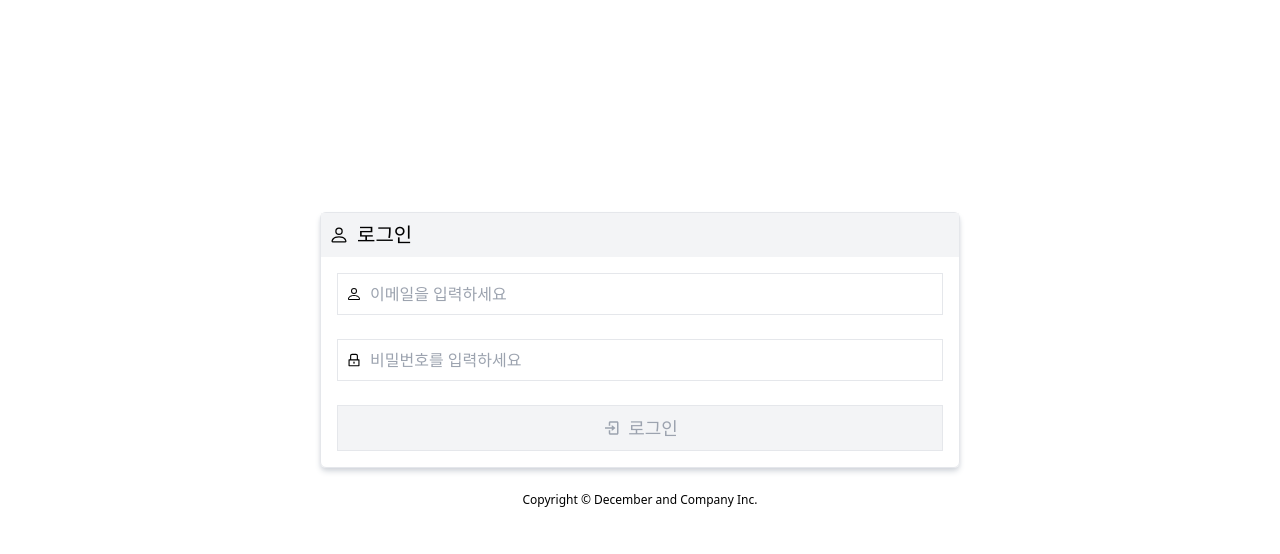
Repository: wanted-pre-onboarding-4/pre-onboarding-assignment-week-4-1-team-4
Page: /login (app in client/)
The author's editor kept a copy of each file at every save. The page is drawn from the files as they stood at one save, then again after the next save.
The browser window is 1280 px wide. The pictures show the whole page.
The project was rebuilt for these pictures with package versions that can differ from the ones it lists, and the page was loaded fresh each time. Also part of the build but not shown: client/src/components/Footer.jsx, client/src/components/Header.jsx, client/src/components/Sider.jsx, client/src/components/Layout.jsx.

Above is the page before, as saved 2022-09-20 21:22:59.

### client/src/index.js
import React from 'react';
import ReactDOM from 'react-dom/client';
import App from './App';
import "./index.css"
const root = ReactDOM.createRoot(document.getElementById('root'));
root.render(
  <React.StrictMode>
    <App />
  </React.StrictMode>
);

### client/src/App.js
import { BrowserRouter as Router, Routes, Route } from 'react-router-dom';
import Layout from './components/Layout';
import Login from './pages/login/Login';

function App() {
  return (
    <Router>
      <Routes>
        <Route path="/login" element={<Login/>} />
        <Route element={<Layout />}>
          <Route path="/" element={<div>홈</div>} />
          <Route path="/users" element={<div>유저 목록 페이지</div>} />
          <Route path="/users/:user_id" element={<div>유저 상세 페이지</div>} />
          <Route path="/accounts" element={<div>계좌 목록 페이지</div>} />
          <Route path="/accounts/:account_id" element={<div>계좌 상세 페이지</div>} />
          <Route path="*" element={<div>404페이지</div>} />
        </Route>
      </Routes>
    </Router>
  );
}

export default App;

### client/src/index.css
#root{
  display: flex;
  height:100vh;
}

@tailwind base;
@tailwind components;
@tailwind utilities;

### client/src/pages/login/Login.jsx
import React from 'react';
import { BsPerson } from 'react-icons/bs';
import { AiOutlineLock } from 'react-icons/ai';
import { BiLogIn } from 'react-icons/bi';

const Login = () => {
  return (
    <div className='flex flex-col justify-center items-center w-full gap-y-6'>
      <div className='border-solid border-[1px] rounded-md shadow-md shadow-gray-300 w-1/2'>
        <div className="flex items-center justify-start space-x-2 p-2 font-medium text-xl bg-gray-100">
          <BsPerson />
          <h1>로그인</h1>
        </div>
        <form className='flex flex-col gap-y-6 p-4'>
          <label className="flex items-center space-x-2 border-solid border-[1px] p-2">
            <BsPerson />
            <input type="email" placeholder="이메일을 입력하세요" className='outline-none' />
          </label>
          <label className="flex items-center space-x-2 border-solid border-[1px] p-2">
            <AiOutlineLock />
            <input type="password" placeholder="비밀번호를 입력하세요" className='outline-none' />
          </label>
          <button
            className="flex items-center justify-center space-x-2 w-full text-lg border-solid border-[1px] p-2 disabled:text-gray-400 disabled:bg-gray-100"
            disabled={true}
          >
            <BiLogIn />
            <span>로그인</span>
          </button>
        </form>
      </div>
        <p className='text-xs'>Copyright © December and Company Inc.</p>
    </div>
  );
};

export default Login;

Loaded but not shown: client/public/index.html (common file); client/tailwind.config.js (common file)

After the next save:
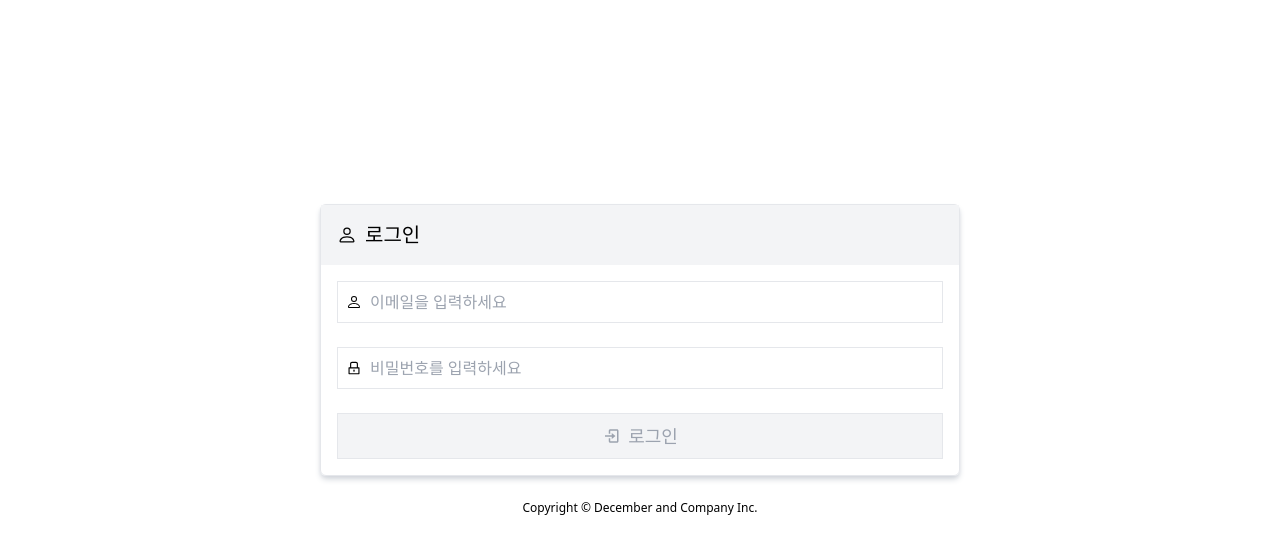
Saved 3 min 33 s later.
--- a/client/src/pages/login/Login.jsx
+++ b/client/src/pages/login/Login.jsx
@@ -7,7 +7,7 @@ const Login = () => {
   return (
     <div className='flex flex-col justify-center items-center w-full gap-y-6'>
       <div className='border-solid border-[1px] rounded-md shadow-md shadow-gray-300 w-1/2'>
-        <div className="flex items-center justify-start space-x-2 p-2 font-medium text-xl bg-gray-100">
+        <div className="flex items-center justify-start space-x-2 p-4 font-medium text-xl bg-gray-100">
           <BsPerson />
           <h1>로그인</h1>
         </div>
